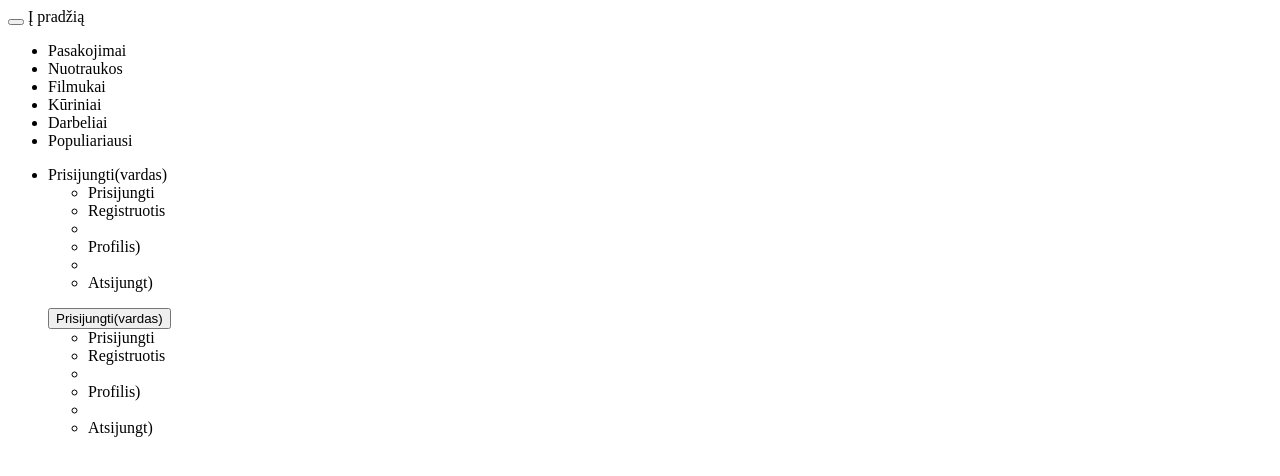
Repository: Skaidrius/Blogas
Page: templates/partials/header.html
The author's editor kept a record of every edit. The page is drawn from the files as they stood at one moment, then again after the next edit.
The browser window is 1280 px wide. The pictures show the whole page.

Above is the page before.

After the next edit:
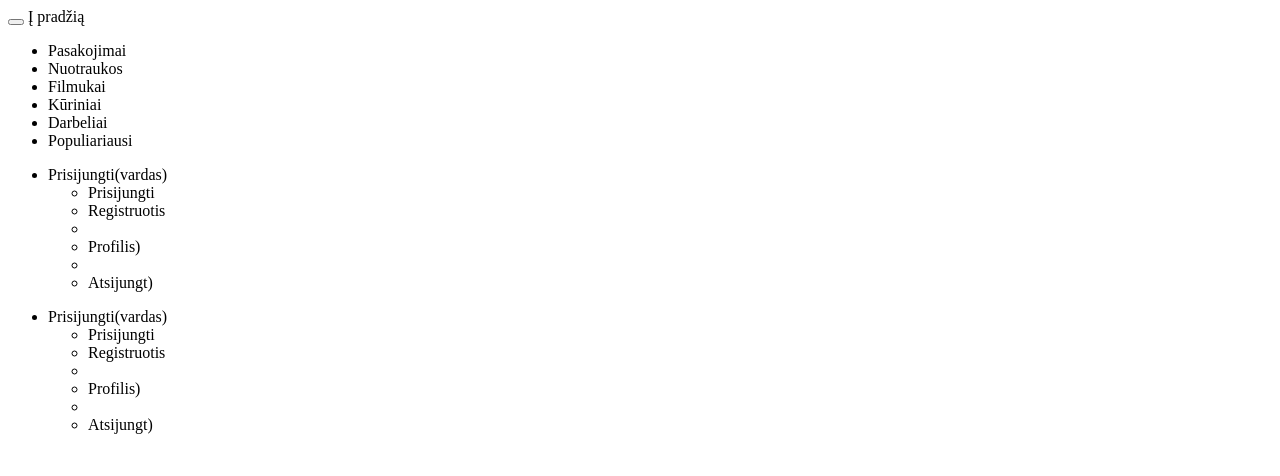
The edit:
--- a/templates/partials/header.html
+++ b/templates/partials/header.html
@@ -52,7 +52,7 @@
       <!--</div>-->
 
       <ul class="btn-group navbar-right navbar-collapse" dropdown is-open="status.isopen"  >
-        <button type="button" class="navbar dropdown-toggle downabit" dropdown-toggle ng-disabled="disabled">
+        <li type="button" class="navbar dropdown-toggle downabit" dropdown-toggle ng-disabled="disabled">
           <span class="fa fa-key"></span> Prisijungti(vardas) <span class="caret"></span>
         </button>
         <ul class="dropdown-menu" role="menu">
